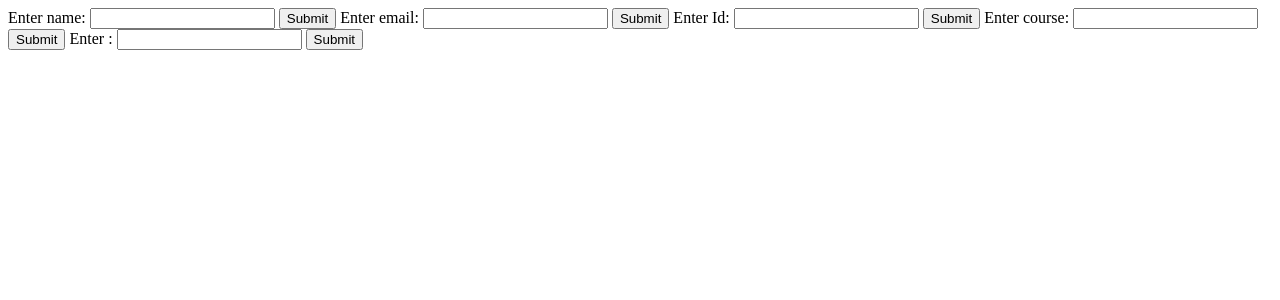
Repository: SanketSShedge/weje2
Page: servlet/src/main/webapp/studentreg.html
An editor plug-in stored every save of this project. The page is shown before and after the next save, followed by the edit.
The browser window is 1280 px wide. The pictures show the whole page.

Above is the page before, as saved 2022-12-11 07:23:36.

After the next save:
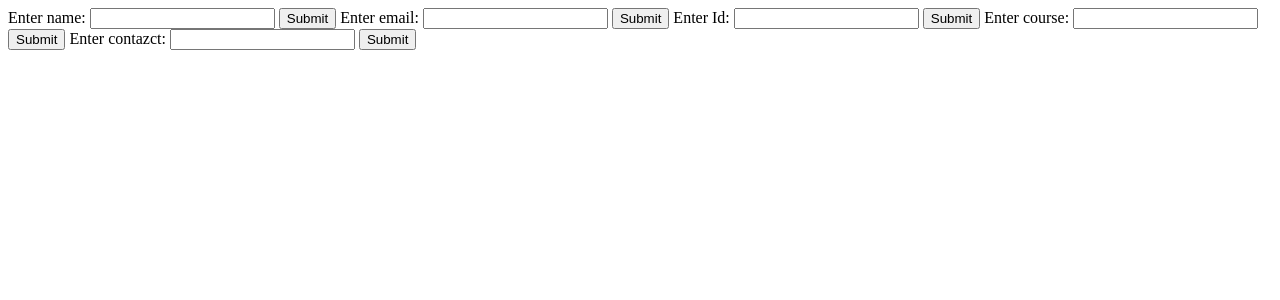
Saved 9 s later.
--- a/servlet/src/main/webapp/studentreg.html
+++ b/servlet/src/main/webapp/studentreg.html
@@ -22,7 +22,7 @@
 	<input type="text" name="text">
 	<input type="Submit" value="Submit">
 
-	<label>Enter :</label>
+	<label>Enter contazct:</label>
 	<input type="number" name="number">
 	<input type="Submit" value="Submit">
 </form>
